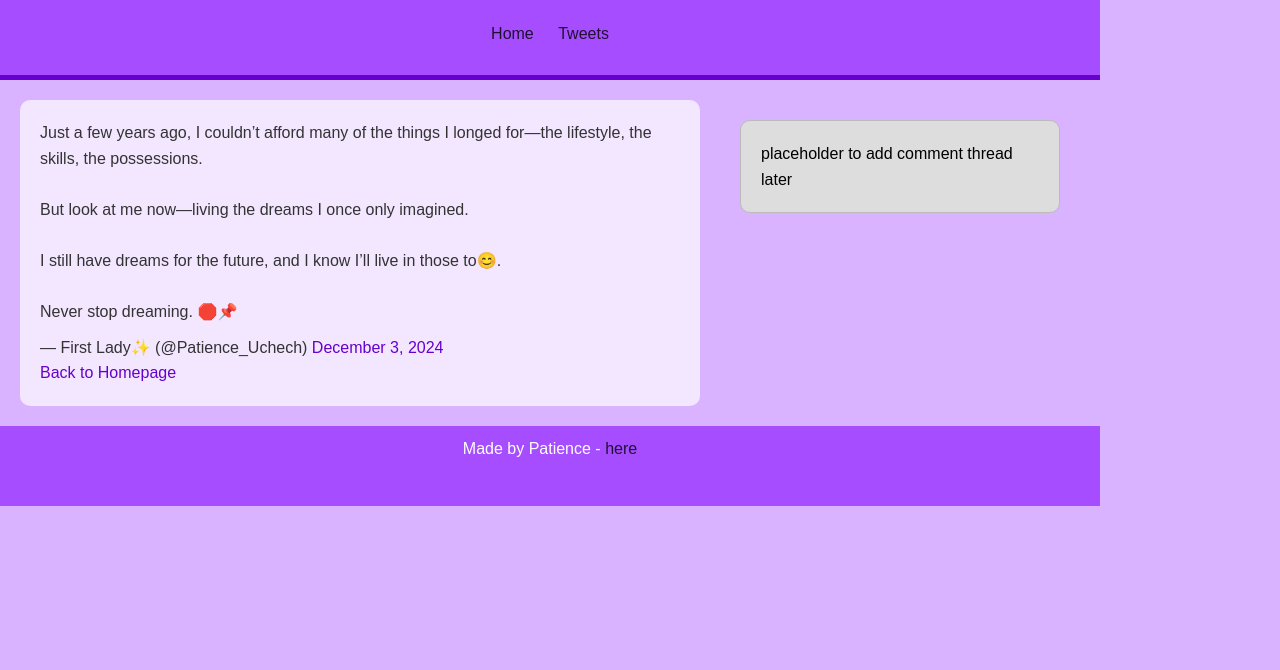
Repository: Patience225/My_First_Portfolio
Page: html_basic/tweets.html
These files come from the project's save history. The page is drawn as it stood at one moment and after the next save; the edit follows.
The browser window is 1280 px wide. The pictures show the whole page.

Above is the page before, as saved 2024-12-21 09:06:18.

### html_basic/tweets.html
<!DOCTYPE html>
<html lang="en">
<head>
  <meta charset="UTF-8">
  <meta name="viewport" content="width=device-width, initial-scale=1.0">
  <title>My Tweets</title>
  <link href="../css_basic/base.css" rel="stylesheet">
  <link href="../css_basic/styles.css" rel="stylesheet">
</head>
<body class="tweets-page">
  <header>
    <ul>
      <li><a href="index.html">Home</a></li>
      <li><a href="tweets.html">Tweets</a></li>
    </ul>
  </header>
  <main>
    <article>
      <blockquote class="twitter-tweet"><p lang="en" dir="ltr">Just a few years ago, I couldn’t afford many of the things I longed for—the lifestyle, the skills, the possessions.<br><br>But look at me now—living the dreams I once only imagined.<br><br>I still have dreams for the future, and I know I’ll live in those to😊.<br><br>Never stop dreaming. 🛑📌</p>&mdash; First Lady✨ (@Patience_Uchech) <a href="https://twitter.com/Patience_Uchech/status/1863800680617541974?ref_src=twsrc%5Etfw">December 3, 2024</a></blockquote> <script async src="https://platform.twitter.com/widgets.js" charset="utf-8"></script>
      <a href="index.html">Back to Homepage</a>
    </article>
    <aside>
      <p>placeholder to add comment thread later</p>
    </aside>
  </main>
  <footer>
    <p>Made by Patience - <a href="https://github.com/Patience225" target="_blank">here</a></p>
  </footer>
</body>
</html>

### css_basic/base.css
/* CSS reset rules */

html, body {
  height: 100%;
  min-height: 100%;
  margin: 0;
  padding: 0;
  border: 0;
  font-size: 100%;
  font-style: inherit;
  vertical-align: baseline;
}

html, body, div, span, applet, object, iframe,
h1, h2, h3, h4, h5, h6, p, blockquote, pre,
a, abbr, acronym, address, big, cite, code,
del, dfn, img, ins, kbd, q, s, samp,
small, strike, sub, sup, tt, var,
b, u, i, center,
dl, dt, dd,
fieldset, form, label, legend,
table, caption, tbody, tfoot, thead, tr, th, td,
article, aside, canvas, details, embed,
figure, figcaption, footer, header, hgroup,
menu, nav, output, ruby, section, summary,
time, mark, audio, video {
  margin: 0;
  padding: 0;
  border: 0;
  font-size: 100%;
  font-style: inherit;
  vertical-align: baseline;
}

/* HTML5 display-role reset for older browsers */
article, aside, details, figcaption, figure,
footer, header, hgroup, menu, nav, section {
  display: block;
}

body {
  line-height: 1;
  font-family: 'Josefin Sans', serif;
  color: rgba(0, 0, 0, 0.8);
}

blockquote, q {
  quotes: none;
}
blockquote:before, blockquote:after,
q:before, q:after {
  content: '';
  content: none;
}

table {
  border-collapse: collapse;
  border-spacing: 0;
}

/* Fonts and colors */
h1, h2, h3, h4, h5, h6, header {
  font-family: 'Yeseva One', sans-serif;
}

aside {
  background: #FAFAFA;
  padding: 50px 15px;
}

aside p {
  border: 1px solid #bbb;
  background: #ddd;
  color: black;
  border-radius: 10px;
  padding: 20px 20px;
}

footer a {
  color: rgba(0, 0, 0, 0.8);
}

a {
  color: #F80002;
}

/* Positioning and margins */
@media (min-width: 1100px) {
  body {
    width: 1100px;
    margin: 0 auto;
  }
}

article {
  padding: 50px 15px;
}

article > *:first-child {
  margin-top: 0;
}

header .right {
  float: right;
  margin: 0 10px 15px;
}

/* Merged header block */
header {
  padding: 20px 0;
  height: 80px;
  border-bottom: 1px solid rgb(221,221,221);
  transition: border-bottom-color 1s ease;
}

header ul {
  list-style: none;
  margin: 0;
  padding: 0;
}

header li {
  display: inline;
  vertical-align: middle;
}

header li:first-child {
  margin: 0;
}

header li a {
  margin: 0 10px;
}

header li.logo {
  font-size: 36px;
}

header a {
  color: rgba(0, 0, 0, 0.8);
  text-decoration: none;
}

/* Footer */
footer {
  padding: 5px 15px;
  height: 80px;
}

/* Text styles and margins */

p {
  margin-bottom: 15px;
}

h1 {
  font-size: 36px;
  margin: 40px 0 20px;
}

h2 {
  font-size: 32px;
  margin: 30px 0 15px;
}

h3 {
  font-size: 28px;
  margin: 25px 0 10px;
}

h4 {
  font-size: 20px;
  font-weight: bold;
  margin: 20px 0 10px;
}

h5 {
  font-size: 18px;
  font-weight: bold;
  margin: 15px 0 10px;
}

h6 {
  font-weight: bold;
  margin: 5px 0;
}

@media (max-width: 800px) {
  body.works_on_smartphone {
    display: block;
  }

  body.works_on_smartphone main {
    display: block;
  }

  header .right {
    float: none;
  }
}

### css_basic/styles.css
/* Root variables for colors */
:root {
  --light-purple: #f3e6ff; /* Background for index */
  --medium-purple: #d9b3ff; /* Background for tweets */
  --dark-purple: #a64dff; /* Header/Footer background */
  --accent-purple: #6600cc; /* Accent elements like links */
  --text-dark: #333333; /* Professional dark text color */
  --text-light: #ffffff; /* Light text for contrast */
}

/* Global Reset */
* {
  margin: 0;
  padding: 0;
  box-sizing: border-box;
}

/* Global Styles */
body {
  font-family: 'Arial', sans-serif;
  line-height: 1.6;
  margin: 0;
}

/* Body Themes */
body.index-page {
  background-color: var(--light-purple);
  color: var(--text-dark);
}

body.tweets-page {
  background-color: var(--medium-purple);
  color: var(--text-dark);
}

/* Header Styling */
header {
  background-color: var(--dark-purple);
  color: var(--text-light);
  padding: 20px;
  text-align: center;
  border-bottom: 5px solid var(--accent-purple);
}

header h1 {
  margin-bottom: 5px;
  font-size: 2.5rem;
}

header p {
  font-size: 1.2rem;
}

/* Navigation Bar */
nav ul {
  list-style: none;
  display: flex;
  justify-content: center;
  padding: 10px 0;
  background-color: var(--accent-purple);
}

nav ul li {
  margin: 0 15px;
}

nav ul li a {
  text-decoration: none;
  color: var(--text-light);
  font-weight: bold;
  transition: color 0.3s ease;
}

nav ul li a:hover {
  color: var(--light-purple);
}

/* Main Flexbox Layout */
main {
  display: flex;
  flex-direction: row;
  gap: 20px;
  padding: 20px;
}

/* Article and Aside */
article {
  flex: 2;
  background-color: var(--light-purple);
  padding: 20px;
  border-radius: 10px;
  overflow-y: auto;
}

aside {
  flex: 1;
  background-color: var(--medium-purple);
  padding: 20px;
  border-radius: 10px;
  overflow-y: auto;
  color: var(--text-dark);
}

/* Footer Styling */
footer {
  background-color: var(--dark-purple);
  color: var(--text-light);
  text-align: center;
  padding: 10px;
  position: sticky;
  bottom: 0;
}

/* Section Styling */
section {
  padding: 20px;
  margin-bottom: 20px;
}

h2 {
  margin-bottom: 15px;
  color: var(--accent-purple);
}

p, ul {
  margin-bottom: 10px;
}

/* Links Styling */
a {
  color: var(--accent-purple);
  text-decoration: none;
}

a:hover {
  text-decoration: underline;
}

/* Responsive Design */
@media (max-width: 800px) {
  main {
      flex-direction: column;
  }

  nav ul {
      flex-direction: column;
  }

  nav ul li {
      margin: 10px 0;
  }
}

After the next save:
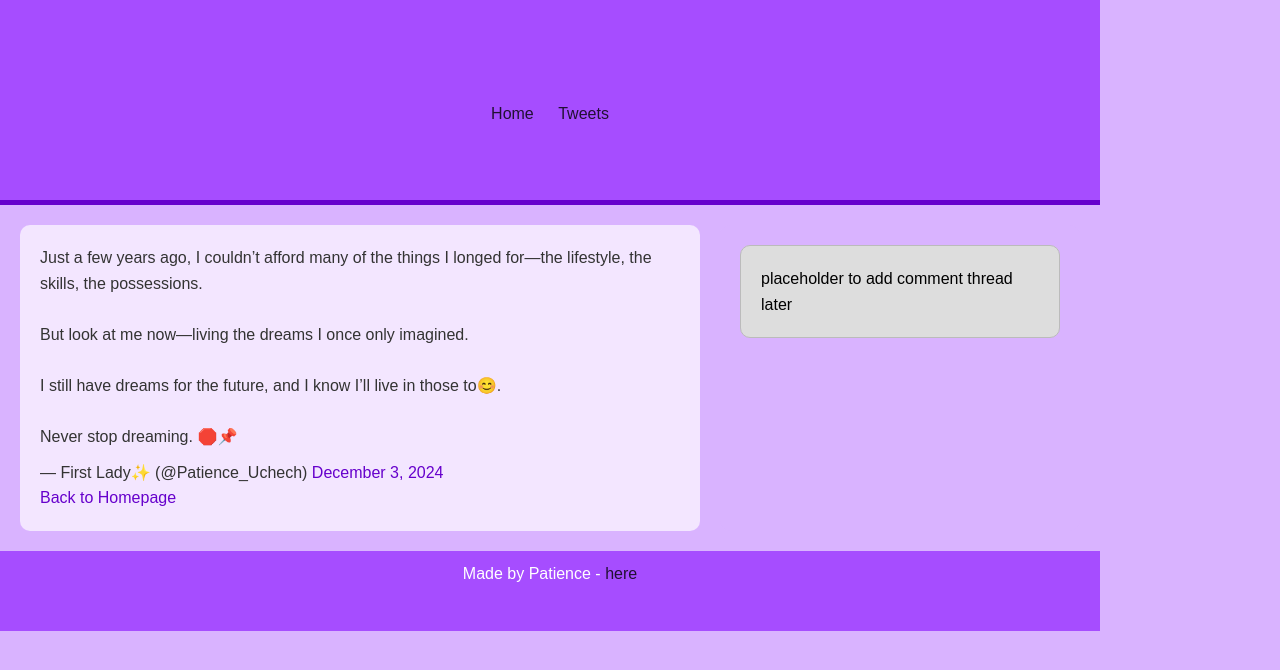
Saved 98 s later.
--- a/css_basic/styles.css
+++ b/css_basic/styles.css
@@ -37,7 +37,7 @@
 header {
   background-color: var(--dark-purple);
   color: var(--text-light);
-  padding: 20px;
+  padding: 100px;
   text-align: center;
   border-bottom: 5px solid var(--accent-purple);
 }

After the save that followed:
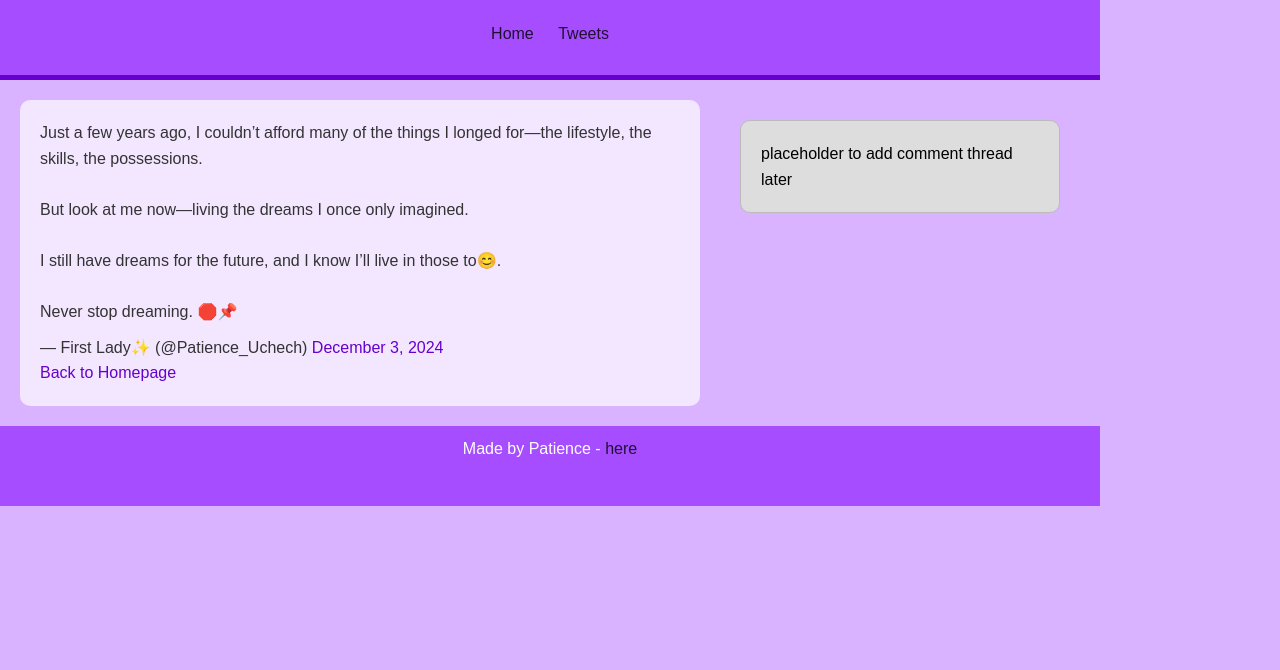
Saved 26 s later.
--- a/css_basic/styles.css
+++ b/css_basic/styles.css
@@ -37,7 +37,7 @@
 header {
   background-color: var(--dark-purple);
   color: var(--text-light);
-  padding: 100px;
+  padding: 20px;
   text-align: center;
   border-bottom: 5px solid var(--accent-purple);
 }
